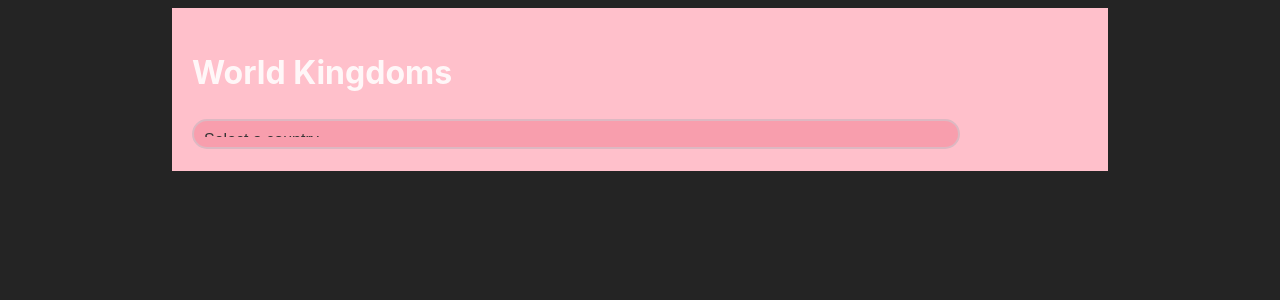
Repository: MonicaNguyenH/Lab-7_Frontend
Page: /countries
These files come from the project's save history. The page is drawn as it stood at one moment and after the next save; the edit follows.
The browser window is 1280 px wide. The pictures show the whole page.
The page's requests for data from a server got no answer. The project was rebuilt for these pictures with package versions that can differ from the ones it lists, and the page was loaded fresh each time. No one was signed in, and anything a server would have sent is missing. Also part of the build but not shown: vite.config.js, src/Details.jsx.

Above is the page before, as saved 2024-11-18 17:46:27.

### src/main.jsx
import React from 'react';
import ReactDOM from 'react-dom/client';
import App from './App';
import './index.css'; // Import your global CSS styles

ReactDOM.createRoot(document.getElementById('root')).render(
  <React.StrictMode>
    <App />
  </React.StrictMode>
);

### src/App.jsx
import { BrowserRouter as Router, Routes, Route } from 'react-router-dom';
import Countries from './Contries';
import Details from './Details';

export default function App() {
  return (
    <div className="container">
      <Router>
      <Routes>
        <Route path="/" element={<h1>Landing Page</h1>} />
        <Route path="/countries" element={<Countries />} />
        <Route path="countries/:cca2" element={<Details />} />
      </Routes>
    </Router>
  </div>
  );
}

### src/index.css
:root {
  font-family: Inter, system-ui, Avenir, Helvetica, Arial, sans-serif;
  line-height: 1.5;
  font-weight: 400;

  color-scheme: light dark;
  color: rgba(255, 255, 255, 0.87);
  background-color: #242424;

  font-synthesis: none;
  text-rendering: optimizeLegibility;
  -webkit-font-smoothing: antialiased;
  -moz-osx-font-smoothing: grayscale;
}

.container {
  width: 70vw;
  margin: auto;
  background-color: pink;
  display: flex;
  justify-content: center;
  flex-direction: column;
  padding: 20px;
}

select {
  appearance: none; /* Remove default dropdown arrow */
  -webkit-appearance: none; /* Safari support */
  -moz-appearance: none; /* Firefox support */
  background-color: rgb(248, 158, 173); /* Background color */
  border: 2px solid #ddb8c2; /* Border color */
  border-radius: 15px; /* Rounded corners */
  padding: 10px; /* Padding inside the dropdown */
  font-size: 16px; /* Font size */
  color: #333; /* Font color */
  width: 60vw; /* Width of the dropdown */
  height: 30px;
  cursor: pointer; /* Change cursor to pointer */
  margin: auto;
  align-items: center;
}

### src/Contries.jsx
import { useState, useEffect } from "react";
import { useNavigate, Outlet } from "react-router-dom";

export default function Countries() {
  const [countries, setCountries] = useState([]);
  const [selectedCountry, setSelectedCountry] = useState("");
  const navigate = useNavigate();

  useEffect(() => {
    fetch("https://restcountries.com/v3.1/name/kingdom")
      .then((response) => {
        if (!response.ok) {
          throw new Error("Network response was not ok");
        }
        return response.json();
      })
      .then((data) => setCountries(data))
      .catch((error) => console.error("Error fetching countries:", error));
  }, []);

  const handleCountrySelect = (e) => {
    const value = e.target.value;

    // Handle navigation based on selection
    if (value === "") {
      navigate("/countries"); // Navigate to /countries page
    } else {
      const selected = countries.find((country) => country.cca2 === value);
      if (selected) {
        setSelectedCountry(selected);
        navigate(`/countries/${selected.cca2}`, { state: { data: selected } });
      }
    }
  };

  return (
    <div className="box">
      <h1 className="Title">World Kingdoms</h1>
      <select onChange={handleCountrySelect} value={selectedCountry?.cca2 || ""}>
        {/* Default option to navigate to /countries */}
        <option value="">Select a country</option>
        {/* Dynamically populate dropdown with country data */}
        {countries.map((country) => (
          <option key={country.cca2} value={country.cca2}>
            {country.name.common}
          </option>
        ))}
      </select>
      <Outlet />
    </div>
  );
}

Loaded but not shown: index.html (common file)

After the next save:
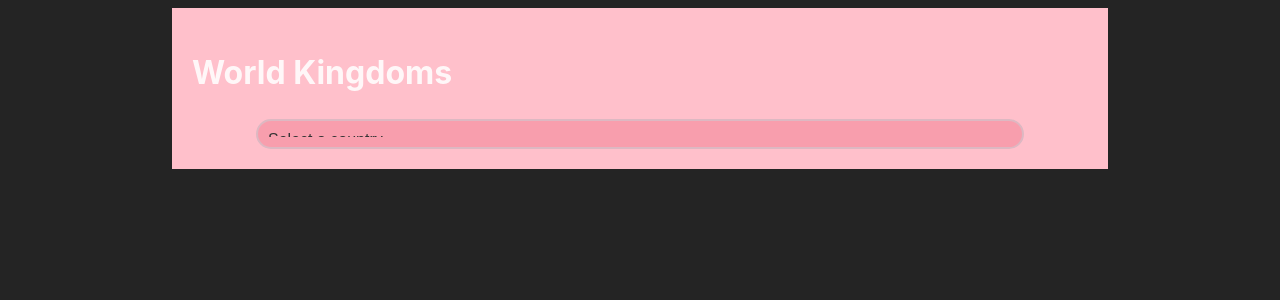
Saved 24 s later.
--- a/src/index.css
+++ b/src/index.css
@@ -23,6 +23,12 @@
   padding: 20px;
 }
 
+.box {
+  display: flex;
+  justify-content: center;
+  flex-direction: column;
+}
+
 select {
   appearance: none; /* Remove default dropdown arrow */
   -webkit-appearance: none; /* Safari support */
